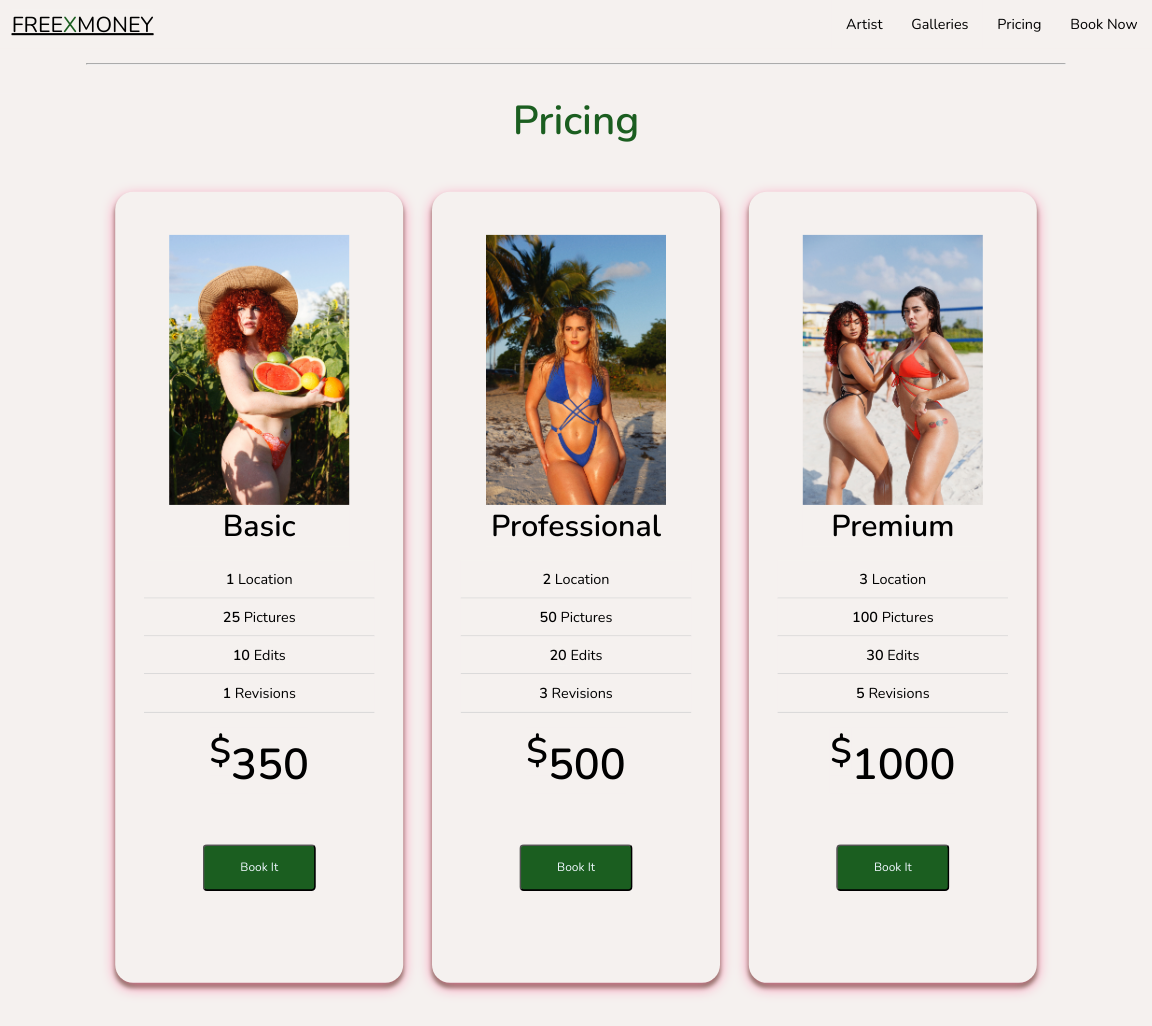
Repository: burntaftermint/freexmoney-draft
Page: price.html
An editor plug-in stored every save of this project. The page is shown before and after the next save, followed by the edit.
The browser window is 1280 px wide. The pictures show the whole page, at 90% of full size.
Some web fonts or font styles are not loaded; a fallback is used.

Above is the page before, as saved 2024-06-11 02:18:16.

After the next save:
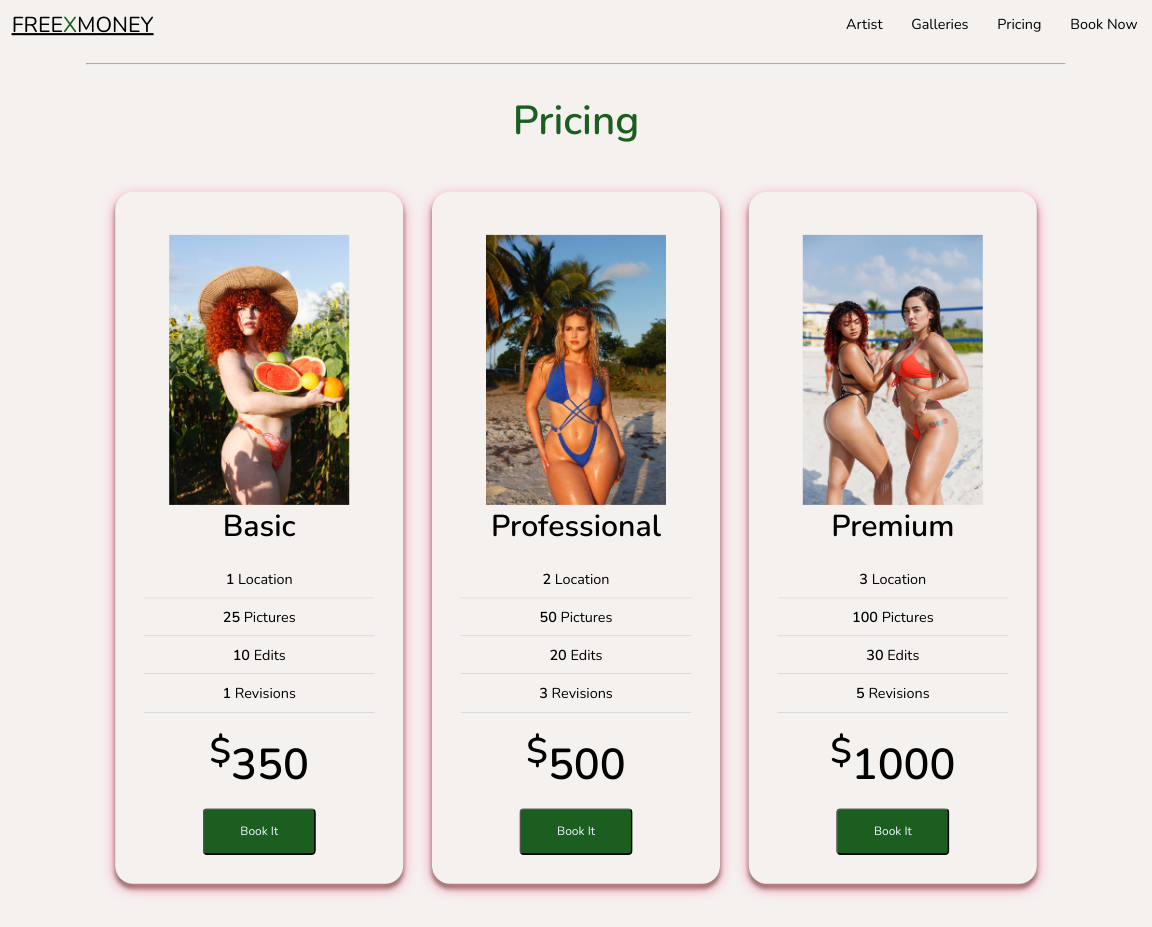
Saved 41 s later.
--- a/style.css
+++ b/style.css
@@ -395,7 +395,7 @@ border-radius: 10px;
 
 .card-button {
 
-        margin: 40px 0 70px 0;
+
         background: #1b5e20;
         padding: 15px 40px ;
         border-radius: 5px;
